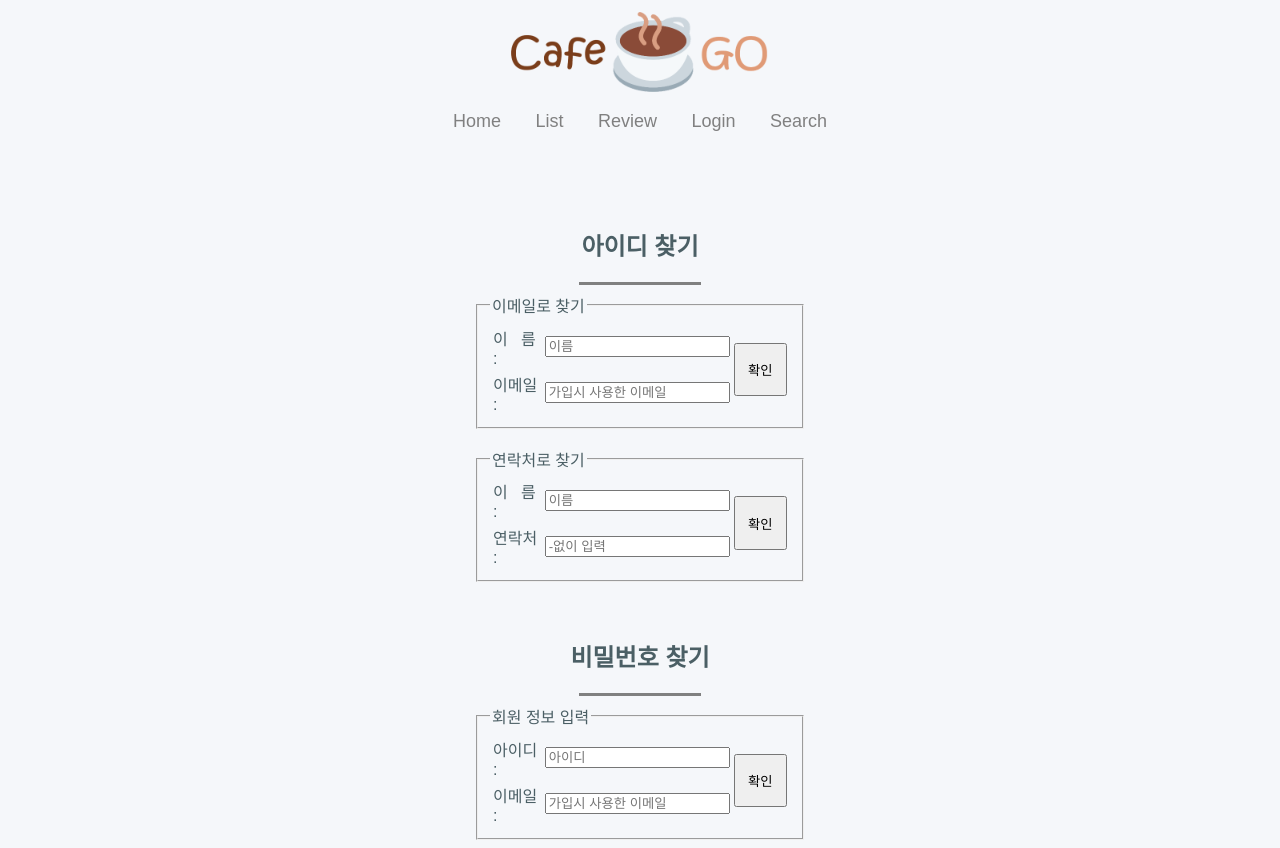
Repository: JuYeong0413/Web-Programming
Page: http://localhost/CafeGo/find.jsp
The author's editor kept a copy of each file at every save. The page is drawn from the files as they stood at one save, then again after the next save.
The browser window is 1280 px wide. The pictures show the whole page.
The page is served by Tomcat 9. Other server files are loaded and not shown.

Above is the page before, as saved 2018-12-23 09:51:36.

### Project/CafeGo/WebContent/find.jsp
<%@ page language="java" contentType="text/html; charset=utf-8" pageEncoding="utf-8"%>
<!DOCTYPE html>
<html>
<head>
<meta charset="utf-8">
<title>Insert title here</title>
<link rel="stylesheet" href="responsiveNavigation.css" />
</head>
<body>
<div>
<center>
<a href="main.jsp"><img src = "image/logo.png" width="264px" height="88px" align="center"></a>
</center>
</div>
<div class="nav_wrapper">
  <nav class="menu">
    <ul>
      <li><a href="main.jsp">Home</a>
        <ul>
          <li><a href="main.jsp">홈페이지 소개</a></li>
          <li><a href="main.jsp">오늘의 카페 추천</a></li>
          </li>
        </ul>
      </li>
      <li><a href="list.jsp">List</a>
        <ul>
          <li><a href="list.jsp">카페 목록</a></li>
          <li><a href="#Link">카페 분류 »</a>
          <ul>
              <li><a href="#Link">별점</a></li>
              <li><a href="#link">지역</a></li>
              <li><a href="#Link">테마</a></li>
            </ul>
          </li>
        </ul>
      </li>
      <li><a href="review.jsp">Review</a>
        <ul>
          <li><a href="review.jsp">방문 후기 목록</a></li>
          <li><a href="#Link">방문 후기 작성</a></li>
          <li><a href="#Link">방문 후기 수정</a></li>
          <li><a href="#Link">방문 후기 삭제</a></li>
          </ul>
      </li>
  		<%
  		String log = (String)session.getAttribute("login");

  		if(log!=null&&log.equals("yes")){
  		// 로그인 상태인 경우 보여지는 메뉴
      %>
      <li><a href="myPage.jsp">MyPage</a>
        <ul>
          <li><a href="myPage.jsp">MyPage</a></li>
          <li><a href="logout.jsp">로그아웃</a></li>
        </ul>
      </li>
      <% }
  		else if((String)session.getAttribute("id")==null){
    	  // 로그아웃 상태인 경우 보여지는 메뉴
    	  %>
    	  <li><a href="#Link">Login</a>
        <ul>
          <li><a href="login.jsp">로그인</a></li>
          <li><a href="find.jsp">아이디/비밀번호 찾기</a></li>
          <li><a href="signup.jsp">회원가입</a></li>
        </ul>
      </li>
    	  <%} %>
      </ul>
    <ul>
      <li><a href="search.jsp">Search</a>
        <ul>
          </li>
        </ul>
  </nav>
</div>
<div style="margin: 80px 0 0 0px">
<center>
  <h2>아이디 찾기</h2>
  <hr noshade width="120" size="3">
  <form action="findId-email.jsp" method="post">
    <fieldset style="width: 300px; text-align: left">
      <legend>이메일로 찾기</legend>
        <table border="0">
          <tr>
            <td>이 &nbsp; 름 : </td>
            <td><input type="text" placeholder="이름" name="name" id="name" value=''></td>
            <td rowspan="2" width="45"><input type="submit" value="확인" style="width: 40pt; height: 40pt"></td>
          </tr>
          <tr>
            <td>이메일 : </td>
            <td><input type="text" placeholder="가입시 사용한 이메일" name="email" id="email" value=''></td>
          </tr>
        </table>
      </fieldset>
    </form>
    <br>
    <form action="findId-tel.jsp" method="post">
      <fieldset style="width: 300px; text-align: left">
        <legend>연락처로 찾기</legend>
          <table border="0">
            <tr>
              <td>이 &nbsp; 름 : </td>
              <td><input type="text" placeholder="이름" name="name" id="name" value=''></td>
              <td rowspan="2" width="45"><input type="submit" value="확인" style="width: 40pt; height: 40pt"></td>
            </tr>
            <tr>
              <td>연락처 : </td>
              <td><input type="text" placeholder="-없이 입력" name="tel" id="tel" value=''/></td>
            </tr>
          </table>
        </fieldset>
      </form>
<br><br>
<div>
<h2>비밀번호 찾기</h2>
<hr noshade width="120" size="3">
  <form action="findPwd.jsp" method="post">
    <fieldset style="width: 300px; text-align: left">
      <legend>회원 정보 입력</legend>
        <table border="0">
          <tr>
            <td>아이디 : </td>
            <td><input type="text" placeholder="아이디" name="id" id="id" value=''></td>
            <td rowspan="2" width="45"><input type="submit" value="확인" style="width: 40pt; height: 40pt"></td>
          </tr>
          <tr>
            <td>이메일 : </td>
            <td><input type="text" placeholder="가입시 사용한 이메일" name="email" id="email" value=''></td>
          </tr>
        </table>
      </fieldset>
    </form>
</div>
</center>
</div>
</body>
</html>

### Project/CafeGo/WebContent/responsiveNavigation.css
html {
  font-family: sans-serif;
  color: #4b5f65;
  background: #f5f7fa;
}

body { overflow-x:hidden}

nav { width: 100%; }

.menu {
  width: 100%;
  height: auto;
  text-align:center;
}

.menu ul {
  padding: 0px;
  margin:0px;
  list-style: none;
  position: relative;
  display: inline-block;
}

.menu > li > ul.sub_menu {
  min-width: 10em;
  padding: 4px 0;
  background-color: #f4f4f4;
  border: 1px solid #fff;
}

.menu ul li { padding: 0px; }

.menu > ul > li { display: inline-block; }

.menu ul li a {
  display: block;
  text-decoration: none;
  color: grey;
  font-size: 18px;
}

.menu ul li a:hover {
  background: #c0c0c0;
  color: #fff;
  transition: all .5s ease-out;
}

.menu ul li.hover > a {
  background: #c0c0c0;
  color: #fff;
}

.menu ul li > a { padding: 15px; }

.menu ul ul {
  display: none;
  position: absolute;
  top: 100%;
  min-width: 220px;
  background: #39484d;
}

.menu ul li:hover > ul { display: block;}

.menu ul ul > li { position: relative; }

.menu ul ul > li a {
  padding: 10px 15px;
  height: auto;
  background: #c0c0c0;
}

.menu ul ul > li a:hover {
  background: #c0c0c0;
  color: #fff;
}

.menu ul ul ul {
  position: absolute;
  top: 0;
}

After the next save:
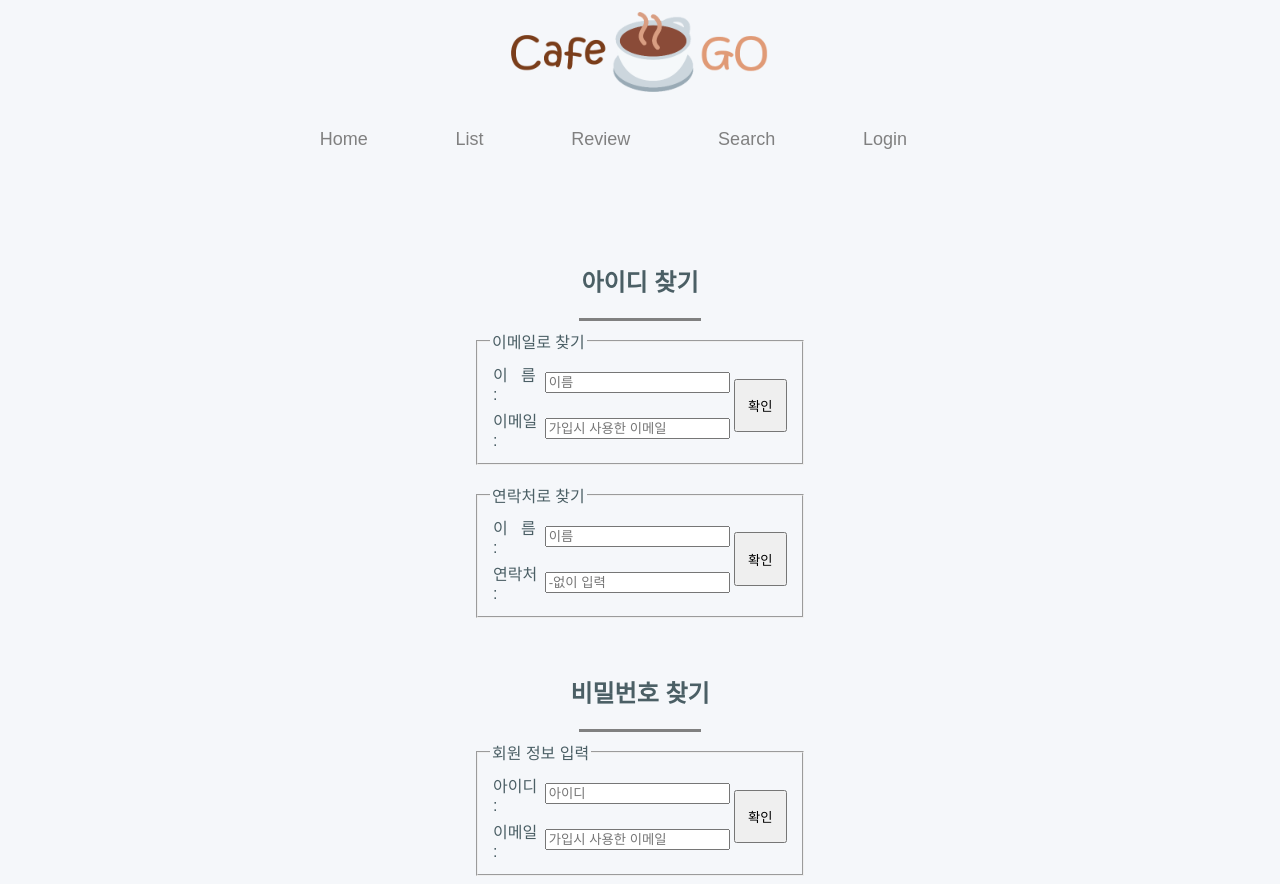
Saved 14 s later.
--- a/Project/CafeGo/WebContent/find.jsp
+++ b/Project/CafeGo/WebContent/find.jsp
@@ -7,73 +7,48 @@
 <link rel="stylesheet" href="responsiveNavigation.css" />
 </head>
 <body>
-<div>
-<center>
-<a href="main.jsp"><img src = "image/logo.png" width="264px" height="88px" align="center"></a>
-</center>
-</div>
-<div class="nav_wrapper">
-  <nav class="menu">
-    <ul>
-      <li><a href="main.jsp">Home</a>
-        <ul>
-          <li><a href="main.jsp">홈페이지 소개</a></li>
-          <li><a href="main.jsp">오늘의 카페 추천</a></li>
-          </li>
-        </ul>
-      </li>
-      <li><a href="list.jsp">List</a>
-        <ul>
-          <li><a href="list.jsp">카페 목록</a></li>
-          <li><a href="#Link">카페 분류 »</a>
-          <ul>
-              <li><a href="#Link">별점</a></li>
-              <li><a href="#link">지역</a></li>
-              <li><a href="#Link">테마</a></li>
-            </ul>
-          </li>
-        </ul>
-      </li>
-      <li><a href="review.jsp">Review</a>
-        <ul>
-          <li><a href="review.jsp">방문 후기 목록</a></li>
-          <li><a href="#Link">방문 후기 작성</a></li>
-          <li><a href="#Link">방문 후기 수정</a></li>
-          <li><a href="#Link">방문 후기 삭제</a></li>
-          </ul>
-      </li>
-  		<%
-  		String log = (String)session.getAttribute("login");
+	<div>
+		<center>
+			<a href="main.jsp"><img src="image/logo.png" width="264px" height="88px" align="center"></a>
+		</center>
+	</div>
+	<br>
+	<div>
+		<nav class="menu">
+			<ul>
+				<li><a href="main.jsp">Home</a></li>&nbsp;&nbsp;&nbsp;&nbsp;&nbsp;&nbsp;&nbsp;&nbsp;&nbsp;&nbsp;&nbsp;&nbsp;
+				<li><a href="list.jsp">List</a></li>&nbsp;&nbsp;&nbsp;&nbsp;&nbsp;&nbsp;&nbsp;&nbsp;&nbsp;&nbsp;&nbsp;&nbsp;
+				<li><a href="review.jsp">Review</a></li>&nbsp;&nbsp;&nbsp;&nbsp;&nbsp;&nbsp;&nbsp;&nbsp;&nbsp;&nbsp;&nbsp;&nbsp;
+				<li><a href="search.jsp">Search</a></li>&nbsp;&nbsp;&nbsp;&nbsp;&nbsp;&nbsp;&nbsp;&nbsp;&nbsp;&nbsp;&nbsp;&nbsp;
+				<%
+					String log = (String) session.getAttribute("login");
 
-  		if(log!=null&&log.equals("yes")){
-  		// 로그인 상태인 경우 보여지는 메뉴
-      %>
-      <li><a href="myPage.jsp">MyPage</a>
-        <ul>
-          <li><a href="myPage.jsp">MyPage</a></li>
-          <li><a href="logout.jsp">로그아웃</a></li>
-        </ul>
-      </li>
-      <% }
-  		else if((String)session.getAttribute("id")==null){
-    	  // 로그아웃 상태인 경우 보여지는 메뉴
-    	  %>
-    	  <li><a href="#Link">Login</a>
-        <ul>
-          <li><a href="login.jsp">로그인</a></li>
-          <li><a href="find.jsp">아이디/비밀번호 찾기</a></li>
-          <li><a href="signup.jsp">회원가입</a></li>
-        </ul>
-      </li>
-    	  <%} %>
-      </ul>
-    <ul>
-      <li><a href="search.jsp">Search</a>
-        <ul>
-          </li>
-        </ul>
-  </nav>
-</div>
+					if (log != null && log.equals("yes")) {
+						// 로그인 상태인 경우 보여지는 메뉴
+				%>
+				<li><a href="myPage.jsp">MyPage</a>
+					<ul>
+						<li><a href="myPage.jsp">MyPage</a></li>
+						<li><a href="logout.jsp">로그아웃</a></li>
+					</ul></li>&nbsp;&nbsp;&nbsp;&nbsp;&nbsp;&nbsp;&nbsp;&nbsp;&nbsp;&nbsp;&nbsp;&nbsp;
+				<%
+					} else if ((String) session.getAttribute("id") == null) {
+						// 로그아웃 상태인 경우 보여지는 메뉴
+				%>
+				<li><a href="login.jsp">Login</a>
+					<ul>
+						<li><a href="login.jsp">로그인</a></li>
+						<li><a href="find.jsp">아이디/비밀번호 찾기</a></li>
+						<li><a href="signup.jsp">회원가입</a></li>
+					</ul></li>&nbsp;&nbsp;&nbsp;&nbsp;&nbsp;&nbsp;&nbsp;&nbsp;&nbsp;&nbsp;&nbsp;&nbsp;
+				<%
+					}
+				%>
+			</ul>
+			<br>
+		</nav>
+	</div>
+	<br>
 <div style="margin: 80px 0 0 0px">
 <center>
   <h2>아이디 찾기</h2>
